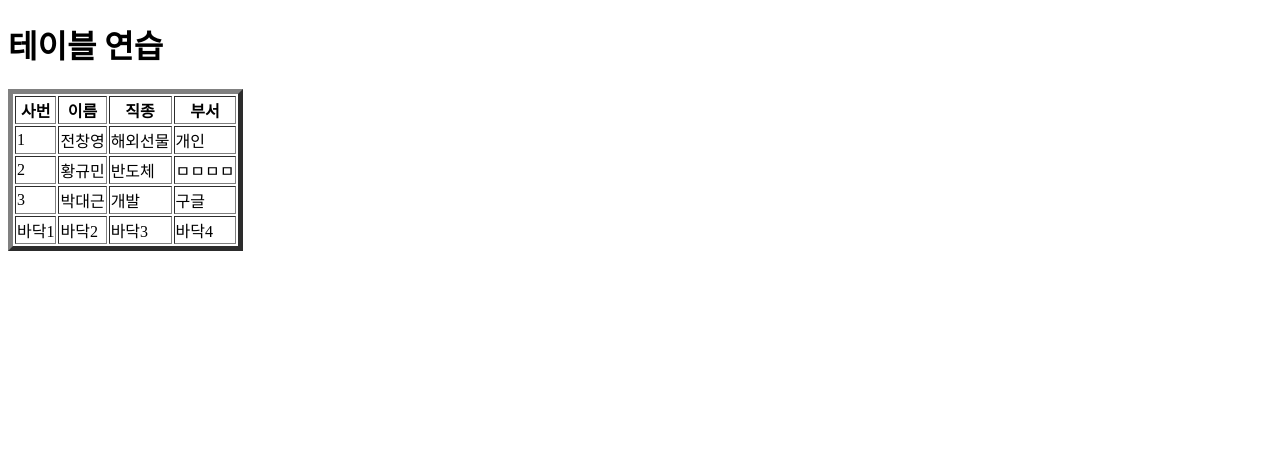
Repository: keeka2/webPractice
Page: MyStudy/HTML_Study/work/0821/WebContent/ex2_table.html
An editor plug-in stored every save of this project. The page is shown before and after the next save, followed by the edit.
The browser window is 1280 px wide. The pictures show the whole page.

Above is the page before, as saved 2020-08-21 03:19:06.

### MyStudy/HTML_Study/work/0821/WebContent/ex2_table.html
<!DOCTYPE html>
<html>
<head>
<meta charset="UTF-8">
<title>Insert title here</title>
</head>
<body>
	<h1>테이블 연습</h1>
	<div>
		<table border="5" margin=0px>
			<thead><!-- 테이블 머리글 -->
				<tr>
					<th>사번</th>
					<th>이름</th>
					<th>직종</th>
					<th>부서</th>
				</tr><!-- 행 의미 -->
			</thead>

			<tfoot><!-- 테이블 바닥글 -->
				<tr>
					<td>바닥1</td>
					<td>바닥2</td>
					<td>바닥3</td>
					<td>바닥4</td>
				</tr>
			</tfoot>

			<tbody>
				<tr>
					<td>1</td>
					<td>전창영</td>
					<td>해외선물</td>
					<td>개인</td>
				</tr>
				<tr>
					<td>2</td>
					<td>황규민</td>
					<td>반도체</td>
					<td>ㅁㅁㅁㅁ</td>
				</tr>
				<tr>
					<td>3</td>
					<td>박대근</td>
					<td>개발</td>
					<td>구글</td>
				</tr>
			</tbody>
		</table>
	</div>
</body>
</html>

After the next save:
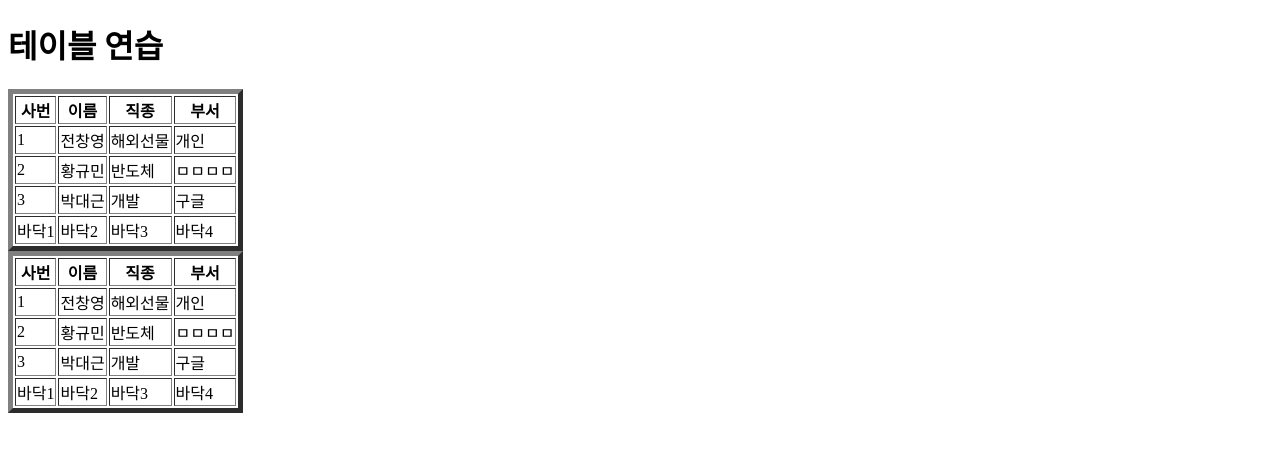
Saved 75 s later.
--- a/MyStudy/HTML_Study/work/0821/WebContent/ex2_table.html
+++ b/MyStudy/HTML_Study/work/0821/WebContent/ex2_table.html
@@ -7,7 +7,49 @@
 <body>
 	<h1>테이블 연습</h1>
 	<div>
-		<table border="5" margin=0px>
+		<table border="5">
+			<thead><!-- 테이블 머리글 -->
+				<tr>
+					<th>사번</th>
+					<th>이름</th>
+					<th>직종</th>
+					<th>부서</th>
+				</tr><!-- 행 의미 -->
+			</thead>
+
+			<tfoot><!-- 테이블 바닥글 -->
+				<tr>
+					<td>바닥1</td>
+					<td>바닥2</td>
+					<td>바닥3</td>
+					<td>바닥4</td>
+				</tr>
+			</tfoot>
+
+			<tbody>
+				<tr>
+					<td>1</td>
+					<td>전창영</td>
+					<td>해외선물</td>
+					<td>개인</td>
+				</tr>
+				<tr>
+					<td>2</td>
+					<td>황규민</td>
+					<td>반도체</td>
+					<td>ㅁㅁㅁㅁ</td>
+				</tr>
+				<tr>
+					<td>3</td>
+					<td>박대근</td>
+					<td>개발</td>
+					<td>구글</td>
+				</tr>
+			</tbody>
+		</table>
+
+		<!-- ========================================================= -->
+				<table border="5">
 			<thead><!-- 테이블 머리글 -->
 				<tr>
 					<th>사번</th>
